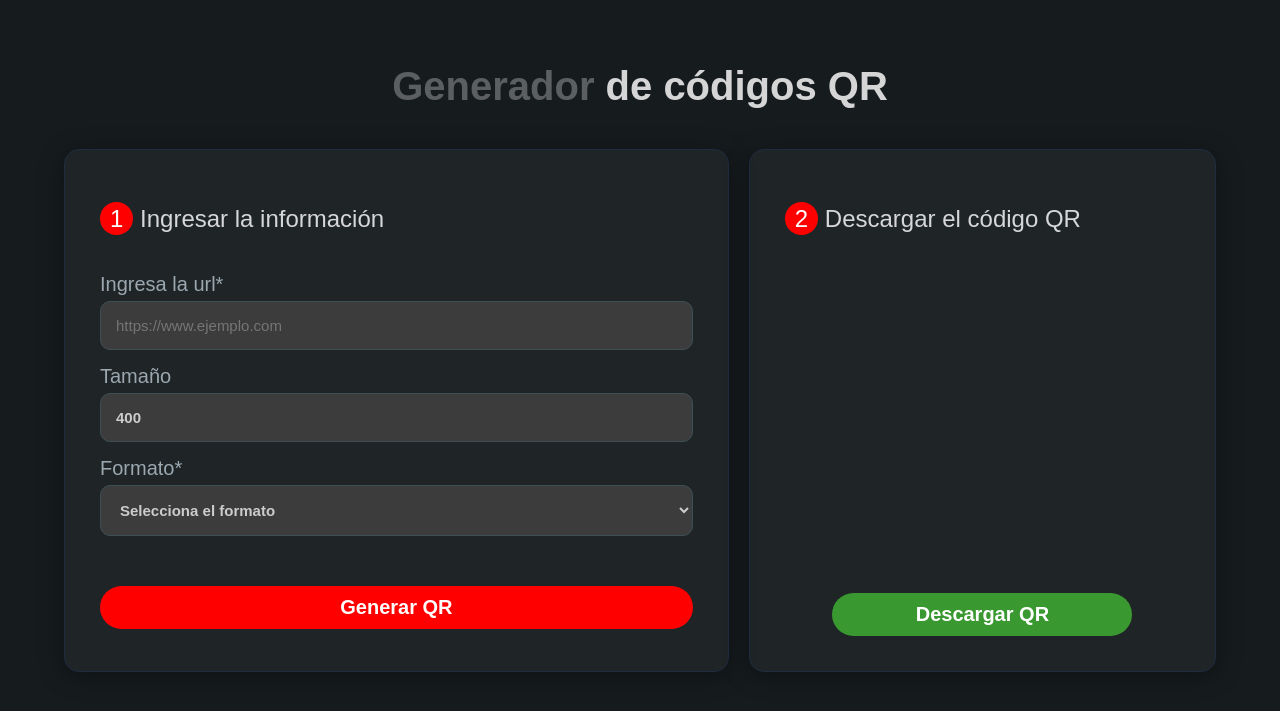
Repository: Marcos-gomez2020/qr-app
Page: public/index.html
These files come from the project's save history. The page is drawn as it stood at one moment and after the next save; the edit follows.
The browser window is 1280 px wide. The pictures show the whole page.

Above is the page before, as saved 2026-11-13 14:40:30.

### public/index.html
<!doctype html>
<html lang="es">
    <head>
        <meta charset="UTF-8"/>
        <meta name="description" content=""/>
        <meta name="viewport" content="width=device-width, initial-scale=1.0"/>
        <title>Generador de códigos QR</title>
        <link rel="icon" type="image/png" href="/images/favico-codigo-qr-blanco.png"/>
        <link rel="stylesheet" href="/style.css"/>
    </head>
    <body>
        <h1><span style="color: #ffffff4d;">Generador</span> de códigos QR</h1>
        <!-- <hr>-->
          <!--<div id="message" class="message"></div>-->

        <div class="container">
            <!-- <div style="text-align: center;"> <img src="images/Logo_1.png" alt="" style="width: 120px"> </div>-->
            <div class="column_1">
                <h2 class="pasos"><span>1</span> Ingresar la información</h2>
                <div class="" style="height: 20px"></div>
                <form id="utm-form">
                    <div class="form-group">
                        <label for="base-url">Ingresa la url*</label> <input type="url" id="text" placeholder="https://www.ejemplo.com" autocomplete="url" required/>
                    </div>
                    <div class="form-group">
                        <label for="size">Tamaño</label> <input type="number" name="size" id="size" placeholder="Tamaño (px)" min="100" max="1000" step="50" value="400" required/>
                      <!--  <small id="sizeInfo">400 × 400 px</small>-->
                    </div>
                    <div class="form-group">
                        <label for="utm-source">Formato*</label> <select id="format">
                        <option value="" disabled selected>Selecciona el formato</option>
                        <option value="png">Formato PNG</option>
                        <option value="jpg">Formato JPG</option>
                        <option value="svg">Formato SVG</option>
                        </select>
                    </div>
                   <!-- <button type="button" id="generate">Generar QR</button>-->
                </form>
                <button type="button" id="generate">Generar QR</button>

<div id="message" class="message" role="alert">
    <div class="message-icon">
        <span id="messageIcon">✓</span>
    </div>

    <div class="message-content">
        <div id="messageTitle" class="message-title">
            Éxito
        </div>

        <div id="messageText" class="message-text">
            Operación realizada correctamente.
        </div>
    </div>

    <button
        id="messageClose"
        class="message-close"
        type="button"
        aria-label="Cerrar mensaje"
    >
        ×
    </button>
</div>
            </div>
            <div class="column_2">
                <h2 class="pasos"><span>2</span> Descargar el código QR</h2>
                <div class="" style="height: 20px"></div>
                <div id="qrcode-div" style="text-align: center">
                    <div class="qrcode" style="display: flex; justify-content: center; align-items: center; margin: auto">
                        <img class="" id="qrcode" src="" alt="" />
                    </div>
                    <button class="btn-descargar" id="download" type="button">Descargar QR</button>

                </div>
            </div>
        </div>
        <script src="/app.js">
        </script>
    </body>
</html>

### style.css
body {
    font-family:Arial, Helvetica, sans-serif;
    background-color: #161b1e;
    color: #333;
    margin: 0;
    padding: 0;
    display: flex;
    flex-direction: column;
    align-items: center;
   /*height: 100vh;*/
    /*background-image:url("https://images.pexels.com/photos/6985191/pexels-photo-6985191.jpeg");*/
    background-repeat: no-repeat;
    background-size:cover;
}

header {
    width: 100%;
    background-color: #4099FF;
    color: white;
    padding: 5px 0;
    text-align: center;
    box-shadow: 0 2px 4px rgba(0, 0, 0, 0.1);
}

.logo-container {
    display: flex;
    align-items: center;
    justify-content: left;
}

.logo {
    width: auto;
    height: 100px;
    margin-right: 15px;
}

h1 {
    text-align: center;
    margin-bottom: 0px;
    color: #ffffffd1;
    margin-top: 4rem;
    font-size: 40px;
}
hr{
    height: 2px;
    width: 100%;
    background-color:#d3d3d3;
    border: none;
}

.container {
    /*background-color: #000;*/
    padding: 40px;
    /*box-shadow: 0 0 50px rgba(0, 0, 0, .3);*/
    border-radius: 8px;
   /* max-width: 500px;*/
    width: 70%;
    margin: auto;
 /* border: 1px solid #4099FF;*/
    display: flex;
    gap: 10px;
    justify-content: center;
}
.column_1{
  flex: 1;
  height: 450px;
  flex-basis: 400px;
  border: 1px solid #1f2c40;
  gap: 20px;
  padding: 40px;
    max-width: 600px;
    width: 100%;
    margin: 20px 20px;
    border-radius: 15px;
    box-shadow: 0 4px 24px rgba(0, 0, 0, .35);
   background-color: rgba(255, 255, 255, 0.04);
   overflow-y:hidden;
}
.column_2{
  flex: 1;
  height: 450px;
  flex-basis: 400px;
  border: 1px solid #1f2c40;
  gap: 20px;
  padding: 40px;
   max-width: 400px;
    width: 100%;
    margin: 20px 20px;
    border-radius: 15px;
    box-shadow: 0 4px 24px rgba(0, 0, 0, .35);
    background-color: rgba(255, 255, 255, 0.04);
    overflow-y:hidden;

}





/*Estilos para el formulario*/

.pasos {
    color: #ffffffd1;
    font-weight: 300;
}

.pasos span{
    padding: 3px 10px;
    border-radius: 50%;
    background-color: #FF0000;
    color: #ffffff;
}
.form-group {
    margin-bottom: 15px;
}
label {
    display: block;
    margin-bottom: 5px;
    font-size: 20px;
    font-weight: 400;
    color: #9ba8b0;
}
label span{
    color: red;
    font-weight: bold;
}

input[type="url"] {
    width: 100%;
    padding: 15px;
    border-radius: 10px;
    box-sizing: border-box;
    font-size: 15px;
    background-color: #3c3c3c;
    color: #ccc;
   border: 1px solid #3d4f55;
}
input[type="number"] {
    width: 100%;
    padding: 15px;
    border-radius: 10px;
    box-sizing: border-box;
    font-size: 15px;
    background-color: #3c3c3c;
    color: #ccc;
    font-weight: bold;
   border: 1px solid #3d4f55;
}
#format{
    width: 100%;
    padding: 15px;
    font-size: 15px;
    border-radius: 10px;
    background-color: #3c3c3c;
    color: #ccc;
    font-weight: bold;
   border: 1px solid #3d4f55;
}
button {
    width: 100%;
    padding: 10px;
    /*background-color: #4099FF;*/
    /*background-color: #CF2E2E;*/
    color: #FFFFFF;
   /* border: none;*/
    border-radius: 50px;
    cursor: pointer;
    font-size: 20px;
    border-style: none;
    /*border-width: 2px;*/
    font-weight: bold;
    background-color: #FF0000;
    margin-top: 35px;
}

button:hover {
    background-color: #c50303;

    color: #FFFFFF;

}
.btn-descargar{
    width: 100%;
    padding: 10px;
    /*background-color: #4099FF;*/
    /*background-color: #CF2E2E;*/
    color: #FFF;
   border: none;
    border-radius: 50px;
    cursor: pointer;
    font-size: 20px;
    font-weight: bold;
    background-color: #399930;
    margin-top: 40px;
}
.btn-descargar:hover{
    background-color: #337a1d ;
}
.qrcode{
    margin-top: 35px;
    margin-bottom: 30px;
    text-align: center;
    /*padding: 0px 20px;*/
    text-align: center;
   /* border-color: #ccc;*/
  /*border-width: 1px;*/
  /*border-style: solid;*/
    border-radius: 10px;
    height: 280px;
    width: 300px;
    /*background-image: url("images/codigo-qr-img-fondo.png");*/
    /*background-size: cover;*/
    /*background-position: center;*/

}


#result {
    margin-top: 20px;
}
#generate-btn{
    font-size: 16px;
}

#generated-url {
    word-wrap: break-word;
    border: #ccc 1px solid;
    padding: 10px;
    border-radius: 5px;
}

/* Estilo para el botón de copiar */
#copy-btn {
    margin-top: 10px;
    padding: 10px;
    background-color: #28a745;
    color: white;
    border: none;
    border-radius: 4px;
    cursor: pointer;
    font-size: 16px;
    display: none; /* Inicialmente oculto hasta que se genere una URL */
}

#copy-btn:hover {
    background-color: #218838;
}


/*estilos de mensaje

.message {
    width: 400px;
    margin-top: 15px;
    padding: 12px 16px;
    border-radius: 8px;
    font-size: 18px;
    text-align: center;
    display: none;
    position:fixed;
    top: 5px;
    right: 20px;
    z-index: 1000;
}

.message.error {
    display: block;
    background: #ffe8e8;
    color: #c62828;
    border: 1px solid #f5b5b5;
}

.message.success {
    display: block;
    background: #e8f7ed;
    color: #218838;
    border: 1px solid #b7dfc2;
}

#sizeInfo {
    display: block;
    margin-top: 0px;
    font-size: 0px;
    opacity: 0.7;
}*/

/* ==========================================
   NOTIFICACIONES
   ========================================== */
/* ==========================================
   SISTEMA DE NOTIFICACIONES
   ========================================== */

.message {
    position: fixed;
    top: 24px;
    right: 24px;
    width: min(460px, calc(100vw - 32px));
    display: flex;
    align-items: flex-start;
    gap: 16px;
    padding: 18px 16px;
    background-color: #1d2939;
    border: 1px solid #344054;
    border-radius: 10px;
    box-sizing: border-box;
    box-shadow:
        0 10px 25px rgba(0, 0, 0, 0.25),
        0 4px 10px rgba(0, 0, 0, 0.15);
    color: #ffffff;
    z-index: 99999;
    opacity: 0;
    visibility: hidden;
    transform: translateY(-20px);
    transition:
        opacity 0.25s ease,
        transform 0.25s ease,
        visibility 0.25s ease;
}


/* ==========================================
   NOTIFICACIÓN VISIBLE
   ========================================== */

.message.show {
    opacity: 1;
    visibility: visible;
    transform: translateY(0);
}


/* ==========================================
   ICONO
   ========================================== */

.message-icon {
    width: 24px;
    height: 24px;
    min-width: 24px;
    display: flex;
    align-items: center;
    justify-content: center;
    border: 2px solid #00e676;
    border-radius: 50%;
    color: #00e676;
    font-size: 14px;
    font-weight: bold;
    box-sizing: border-box;
    margin-top: 1px;
}


/* ==========================================
   CONTENIDO
   ========================================== */

.message-content {
    flex: 1;
    min-width: 0;
}


.message-title {
    font-size: 16px;
    font-weight: 600;
    line-height: 1.4;
    margin-bottom: 4px;
}


.message-text {
    color: #98a2b3;
    font-size: 15px;
    line-height: 1.5;
    word-wrap: break-word;
}


/* ==========================================
   BOTÓN CERRAR
   ========================================== */

.message-close {
    width: 28px;
    height: 28px;
    min-width: 28px;
    display: flex;
    align-items: center;
    justify-content: center;
    padding: 0;
    margin: 0;
    border: none;
    border-radius: 6px;
    background: transparent;
    color: #98a2b3;
    font-size: 25px;
    font-weight: 400;
    line-height: 1;
    cursor: pointer;
}


.message-close:hover {
    background-color: rgba(255, 255, 255, 0.08);
    color: #ffffff;
}


/* ==========================================
   ÉXITO
   ========================================== */

.message.success .message-icon {
    border-color: #00e676;
    color: #00e676;
}


/* ==========================================
   ERROR
   ========================================== */

.message.error .message-icon {
    border-color: #ff5252;
    color: #ff5252;
}


/* ==========================================
   ADVERTENCIA
   ========================================== */

.message.warning .message-icon {
    border-color: #ffca28;
    color: #ffca28;
}


/* ==========================================
   MÓVIL
   ========================================== */

@media (max-width: 600px) {
essage {
        top: 16px;
        right: 16px;
        left: 16px;
        width: auto;
    }
}


/* =========================================================
   RESPONSIVE DESIGN
   ========================================================= */

/* ---------------------------------------------------------
   AJUSTES GENERALES
   --------------------------------------------------------- */

* {
    box-sizing: border-box;
}

html {
    width: 100%;
    overflow-x: hidden;
}

body {
    width: 100%;
    min-height: 100vh;
    overflow-x: hidden;
}


/* ---------------------------------------------------------
   CONTENEDOR PRINCIPAL
   --------------------------------------------------------- */

.container {
    width: 90%;
    max-width: 1200px;
    padding: 30px 0;
    margin: 0 auto;
    gap: 20px;
}


/* ---------------------------------------------------------
   COLUMNAS
   --------------------------------------------------------- */

.column_1,
.column_2 {
    box-sizing: border-box;
    margin: 10px 0;
    padding: 35px;
    height: auto;
    min-height: 450px;
}


/* ---------------------------------------------------------
   COLUMNA IZQUIERDA
   --------------------------------------------------------- */

.column_1 {
    flex: 1.2;
    max-width: none;
}


/* ---------------------------------------------------------
   COLUMNA DERECHA
   --------------------------------------------------------- */

.column_2 {
    flex: 0.8;
    max-width: none;
}


/* ---------------------------------------------------------
   QR
   --------------------------------------------------------- */

.qrcode {
    width: 100%;
    max-width: 300px;
    height: 280px;
    margin: 30px auto;
}

#qrcode {
    width: 280px !important;
    max-width: 100%;
    height: auto;
    max-height: 280px;
    object-fit: contain;
    border-radius: 10px;
    background-color: #ffffff;
}


/* ---------------------------------------------------------
   BOTÓN DESCARGAR
   --------------------------------------------------------- */

.btn-descargar {
    width: 100%;
    max-width: 300px;
}


/* =========================================================
   TABLET
   ========================================================= */

@media (max-width: 900px) {

    h1 {
        font-size: 34px;
        margin-top: 3rem;
    }

    .container {
        width: 92%;
        gap: 20px;
    }

    .column_1,
    .column_2 {
        padding: 30px;
    }

    .pasos {
        font-size: 22px;
    }

    label {
        font-size: 18px;
    }

}


/* =========================================================
   TABLET PEQUEÑA
   ========================================================= */

@media (max-width: 768px) {

    h1 {
        font-size: 30px;
        margin-top: 2.5rem;
        padding: 0 20px;
    }

    .container {
        width: 92%;
        flex-direction: column;
        padding: 20px 0 40px;
        gap: 20px;
    }

    .column_1,
    .column_2 {

        width: 100%;
        max-width: none;
        margin: 0;
        padding: 30px;
        min-height: auto;
        height: auto;

    }

    .column_2 {
        padding-bottom: 35px;
    }

    .pasos {
        font-size: 22px;
    }

    .form-group {
        margin-bottom: 20px;
    }

    label {
        font-size: 17px;
    }

    input[type="url"],
    input[type="number"],
    #format {
        width: 100%;
        padding: 14px;
    }

    button {
        font-size: 18px;
    }

    .qrcode {
        width: 100%;
        max-width: 300px;
        height: auto;
        min-height: 280px;
    }

    #qrcode {
        width: 280px !important;
        max-width: 100%;
        height: auto;
    }

}


/* =========================================================
   CELULARES
   ========================================================= */

@media (max-width: 480px) {

    body {
        align-items: stretch;
    }


    /* -----------------------------------------
       TÍTULO
       ----------------------------------------- */

    h1 {
        font-size: 26px;
        line-height: 1.2;
        margin-top: 2rem;
        margin-bottom: 10px;
        padding: 0 15px;
    }


    /* -----------------------------------------
       CONTENEDOR
       ----------------------------------------- */

    .container {
        width: 100%;
        padding: 15px 15px 30px;
        margin: 0;
        gap: 15px;
    }


    /* -----------------------------------------
       COLUMNAS
       ----------------------------------------- */

    .column_1,
    .column_2 {
        width: 100%;
        padding: 22px 18px;
        border-radius: 12px;
        margin: 0;
    }


    /* -----------------------------------------
       TÍTULOS DE PASOS
       ----------------------------------------- */

    .pasos {
        font-size: 19px;
        line-height: 1.4;
        margin-top: 0;
        margin-bottom: 20px;
    }


    .pasos span {
        padding: 2px 8px;
        margin-right: 5px;
    }


    /* -----------------------------------------
       FORMULARIO
       ----------------------------------------- */

    label {
        font-size: 16px;
        margin-bottom: 7px;
    }


    input[type="url"],
    input[type="number"],
    #format {
        width: 100%;
        padding: 13px;
        font-size: 15px;
        border-radius: 8px;
    }


    /* -----------------------------------------
       BOTÓN GENERAR
       ----------------------------------------- */

    button {
        width: 100%;
        padding: 12px;
        font-size: 17px;
        margin-top: 25px;
    }


    /* -----------------------------------------
       ÁREA DEL QR
       ----------------------------------------- */

    .qrcode {
        width: 100%;
        max-width: 100%;
        height: auto;
        min-height: 0;
        margin: 20px auto;
    }


    #qrcode {
        width: 240px !important;
        max-width: 100%;
        height: auto;
        max-height: 240px;
    }


    /* -----------------------------------------
       BOTÓN DESCARGAR
       ----------------------------------------- */

    .btn-descargar {
        width: 100%;
        max-width: 100%;
        margin-top: 25px;
        font-size: 17px;
    }
}


/* =========================================================
   CELULARES MUY PEQUEÑOS
   ========================================================= */

@media (max-width: 360px) {
    h1 {
     font-size: 23px;
    }


    .container {
        padding-left: 10px;
        padding-right: 10px;
    }


    .column_1,
    .column_2 {
        padding: 18px 14px;
    }


    .pasos {
        font-size: 17px;
    }


    #qrcode {
        width: 210px !important;
        max-height: 210px;
    }


    button,
    .btn-descargar {
        font-size: 16px;
    }
}

Loaded but not shown: app.js (561 lines, source omitted)

After the next save:
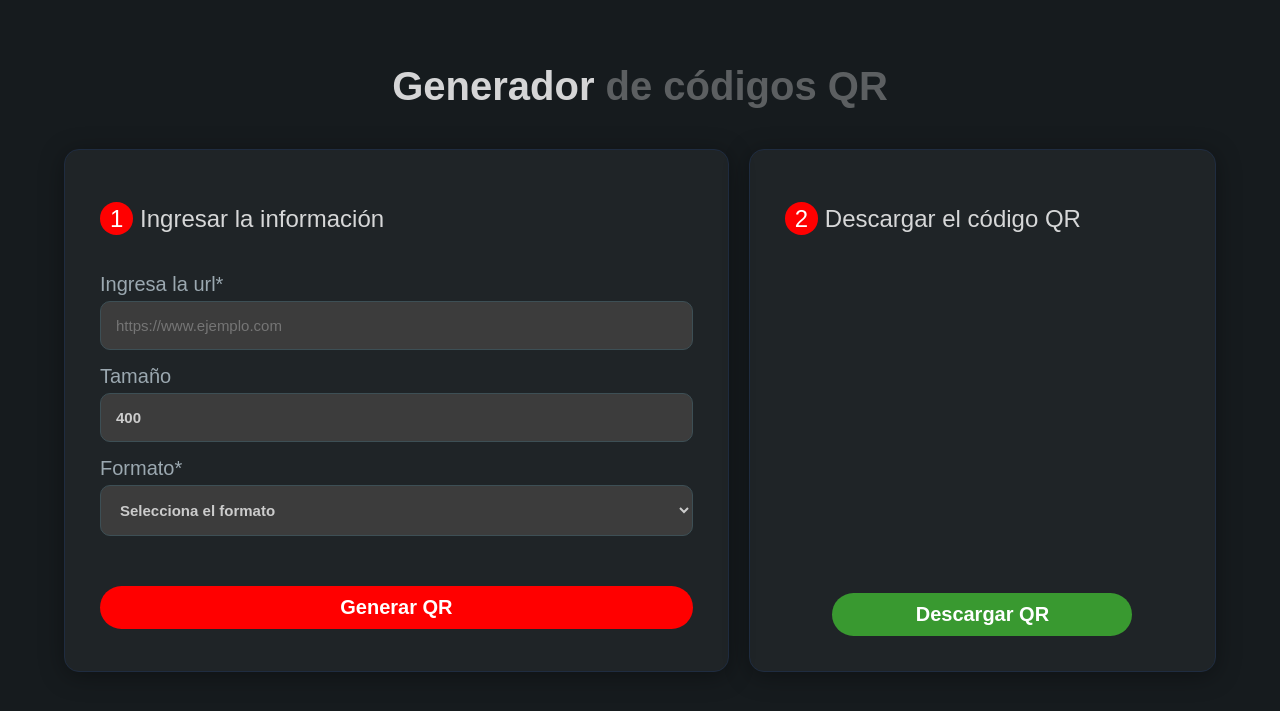
Saved 17 min 7 s later.
--- a/public/index.html
+++ b/public/index.html
@@ -5,11 +5,11 @@
         <meta name="description" content=""/>
         <meta name="viewport" content="width=device-width, initial-scale=1.0"/>
         <title>Generador de códigos QR</title>
-        <link rel="icon" type="image/png" href="/images/favico-codigo-qr-blanco.png"/>
+        <link rel="icon" type="image/png" href="/assets/images/favico-codigo-qr-blanco.png"/>
         <link rel="stylesheet" href="/style.css"/>
     </head>
     <body>
-        <h1><span style="color: #ffffff4d;">Generador</span> de códigos QR</h1>
+        <h1><span>Generador</span> <span style="color: #ffffff4d;">de códigos QR</span></h1>
         <!-- <hr>-->
           <!--<div id="message" class="message"></div>-->
 

After the save that followed:
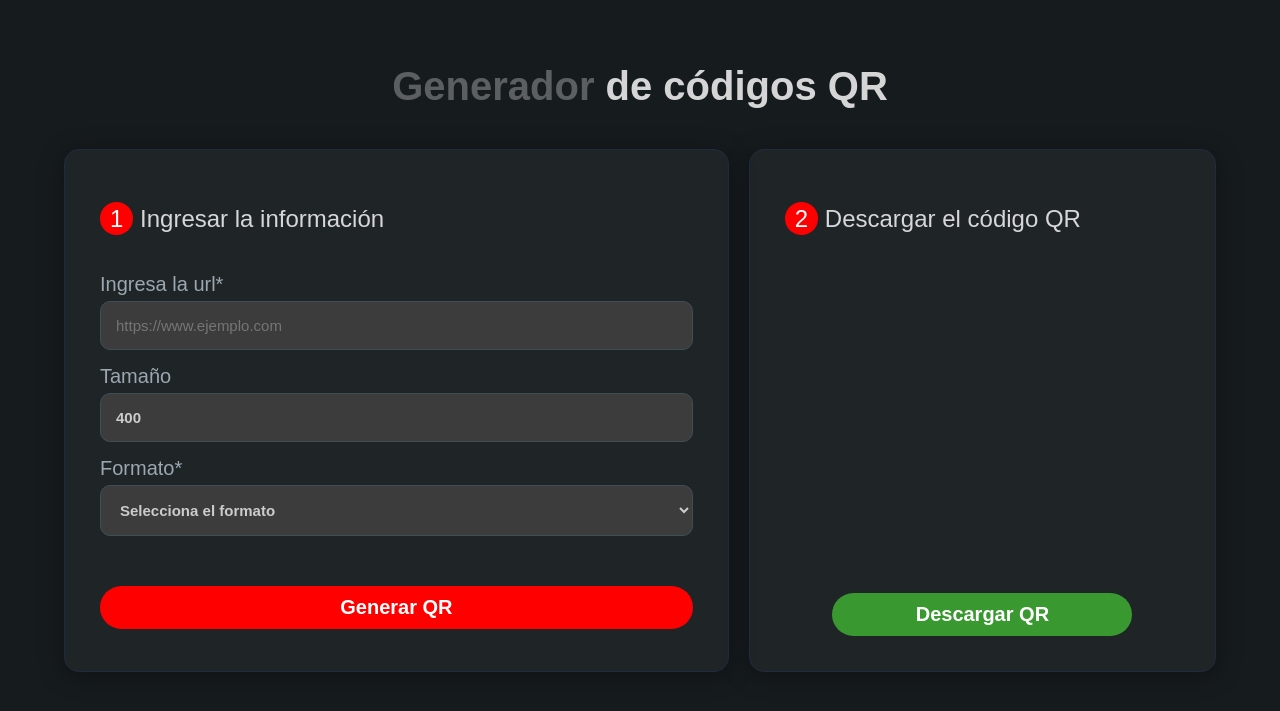
Saved 95 s later.
--- a/public/index.html
+++ b/public/index.html
@@ -9,7 +9,7 @@
         <link rel="stylesheet" href="/style.css"/>
     </head>
     <body>
-        <h1><span>Generador</span> <span style="color: #ffffff4d;">de códigos QR</span></h1>
+        <h1><span style="color: #ffffff4d;">Generador</span> <span>de códigos QR</span></h1>
         <!-- <hr>-->
           <!--<div id="message" class="message"></div>-->
 
